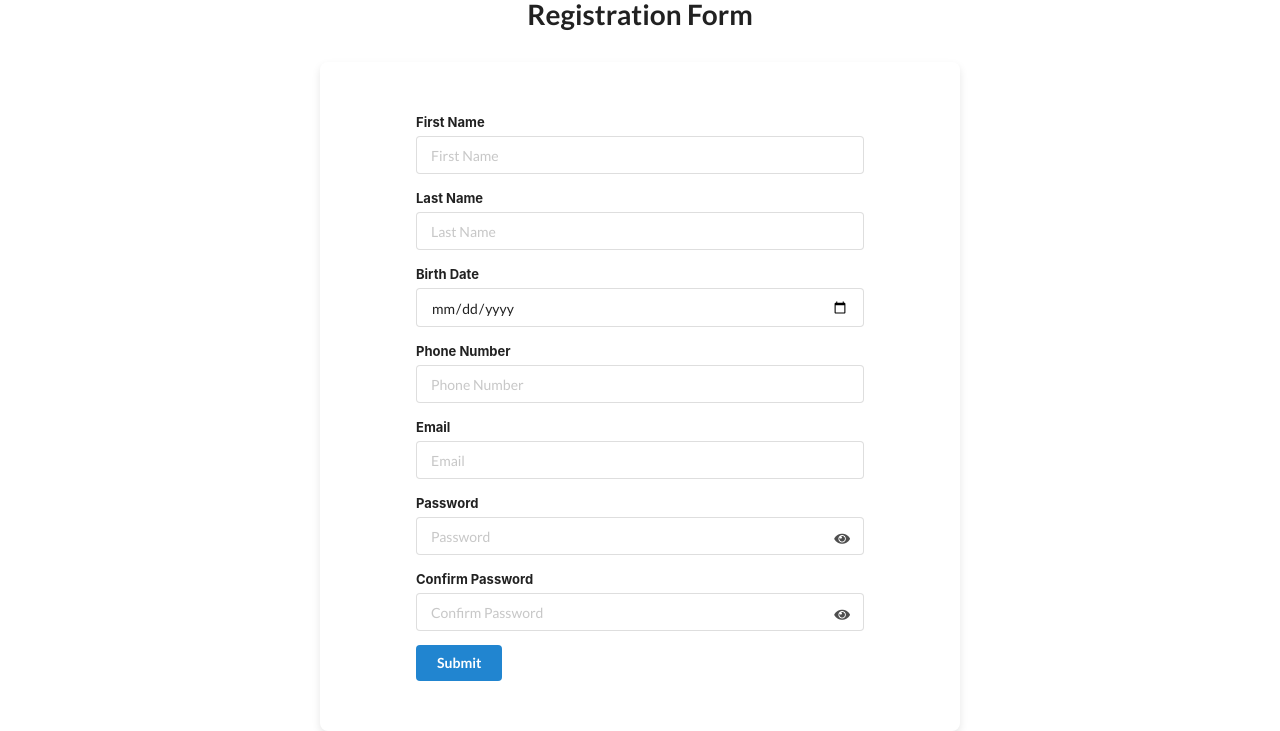
Repository: Wahid137/registration-form
Page: /
These files come from the project's save history. The page is drawn as it stood at one moment and after the next save; the edit follows.
The browser window is 1280 px wide. The pictures show the whole page.
The project was rebuilt for these pictures with package versions that can differ from the ones it lists, and the page was loaded fresh each time. Also part of the build but not shown: src/App.css.

Above is the page before, as saved 2024-05-01 13:23:43.

After the next save:
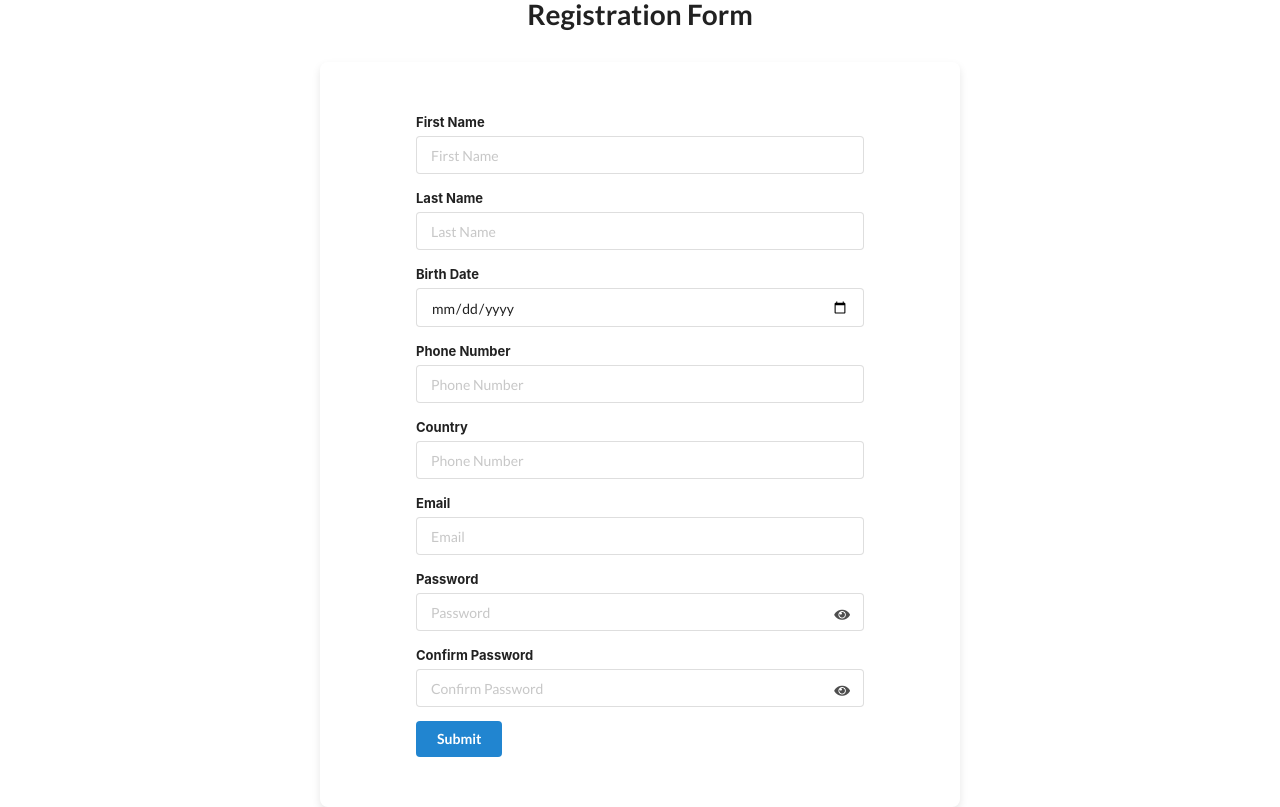
Saved 66 s later.
--- a/src/components/Register.js
+++ b/src/components/Register.js
@@ -185,6 +185,21 @@ const Register = () => {
                     </FormField>
                 </div>
                 <div style={{ marginBottom: "1rem" }}>
+                    <FormField error={formErrors.phoneNumber !== undefined}>
+                        <label>Country</label>
+                        <input
+                            placeholder="Phone Number"
+                            {...register("phoneNumber")}
+                            className={formErrors.phoneNumber ? "error" : ""}
+                        />
+                        {formErrors.phoneNumber && (
+                            <div className="ui pointing red basic label">
+                                {formErrors.phoneNumber}
+                            </div>
+                        )}
+                    </FormField>
+                </div>
+                <div style={{ marginBottom: "1rem" }}>
                     <FormField error={formErrors.email !== undefined}>
                         <label>Email</label>
                         <input
